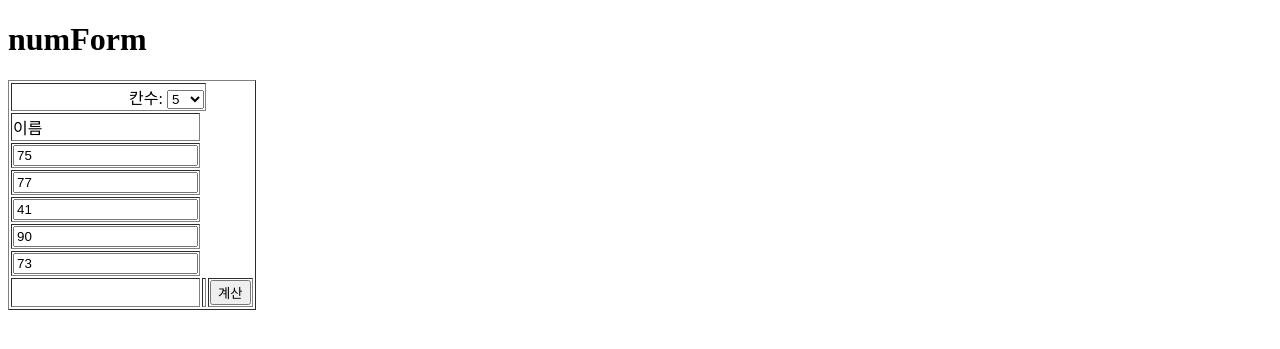
Repository: Jamikidu/newJsp
Page: http://localhost/jspProj/request/numForm.jsp
The author's editor kept a copy of each file at every save. The page is drawn from the files as they stood at one save, then again after the next save.
The browser window is 1280 px wide. The pictures show the whole page.
The page is served by Tomcat 9. Other server files are loaded and not shown.

Above is the page before, as saved 2023-07-28 01:05:02.

### jspProj/src/main/webapp/request/numForm.jsp
<%@ page language="java" contentType="text/html; charset=UTF-8"
    pageEncoding="UTF-8"%>
<%
	int cnt = 5;
	if(request.getParameter("cnt") != null){
		cnt = Integer.parseInt(request.getParameter("cnt"));
	}

%>
<!DOCTYPE html>
<html>
<head>
<meta charset="UTF-8">
<title>numForm</title>
<script type="text/javascript">
	function cntChange(){

		qwer.action="?"
		qwer.submit()
	}
</script>
</head>
<body>
<h1>numForm</h1>
<form action="numReg.jsp" name="qwer">
	<table border="">
		<tr>
			<td colspan="2" align="right">
			칸수:
				<select name="cnt" id="" onchange="cntChange()">
				<% for(int i=5; i<=30; i+=5){
				   String sel ="";

				   if(i == cnt){
					   sel = "selected";
				   }
				%>
					<option <%=sel%>><%=i %></option>
				<% } %>
				</select>
			</td>

		</tr>
		<tr>
			<td>이름</td>
		</tr>

		 <% for(int i=0;i<cnt;i++){ %>
		 <tr>
			<td><input type="text" name="no" value="<%=(int)(Math.random()*90)+10 %>" /></td>
		</tr>
		<% } %>
		<tr>
			<td></td>
			<td></td>
			<td colspan="2" align="right">
				<input type="submit" value="계산" />
			</td>
		</tr>
	</table>
</form>

</body>
</html>

After the next save:
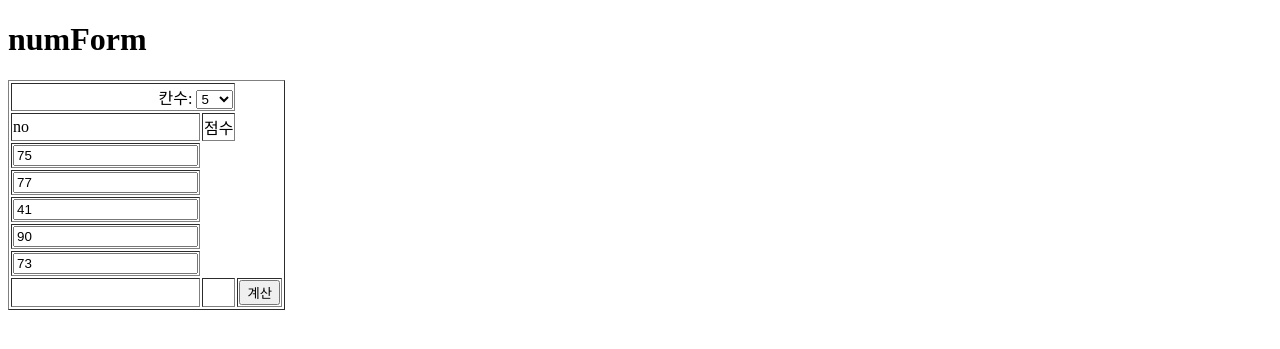
Saved 23 s later.
--- a/jspProj/src/main/webapp/request/numForm.jsp
+++ b/jspProj/src/main/webapp/request/numForm.jsp
@@ -42,7 +42,8 @@
 
 		</tr>
 		<tr>
-			<td>이름</td>
+			<td>no</td>
+			<td>점수</td>
 		</tr>
 
 		 <% for(int i=0;i<cnt;i++){ %>
